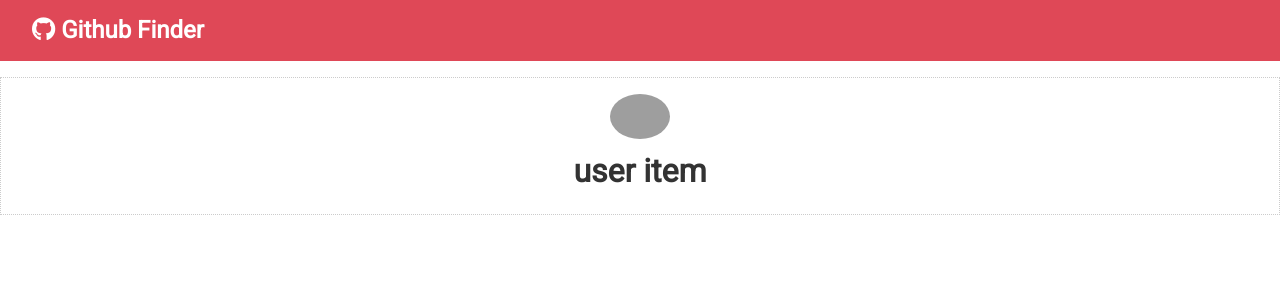
Repository: bafode/github-finder
Page: /
An editor plug-in stored every save of this project. The page is shown before and after the next save, followed by the edit.
The browser window is 1280 px wide. The pictures show the whole page.
Pictures or frames that could not be fetched are drawn as grey boxes. Some web libraries are served in a nearby version. The project was rebuilt for these pictures with package versions that can differ from the ones it lists, and the page was loaded fresh each time.

Above is the page before, as saved 2023-06-16 16:52:10.

### public/index.html
<!DOCTYPE html>
<html lang="en">
  <head>
    <meta charset="utf-8" />
    <link rel="shortcut icon" href="%PUBLIC_URL%/favicon.ico" />
    <meta name="viewport" content="width=device-width, initial-scale=1" />
    <meta name="theme-color" content="#000000" />
    <link rel="manifest" href="%PUBLIC_URL%/manifest.json" />
    <link
      rel="stylesheet"
      href="https://use.fontawesome.com/releases/v5.8.2/css/all.css"
      integrity="sha384-oS3vJWv+0UjzBfQzYUhtDYW+Pj2yciDJxpsK1OYPAYjqT085Qq/1cq5FLXAZQ7Ay"
      crossorigin="anonymous"
    />

    <title>Github Finder</title>
  </head>
  <body>
    <noscript>You need to enable JavaScript to run this app.</noscript>
    <div id="root"></div>
  </body>
</html>

### src/App.js
import React,{Component} from 'react';
import './App.css';
import Navbar from './components/layout/Navbar'
import UserItem from './components/users/UserItem'

class App extends Component {
  render() {

    return (
      <div className="App">
        <Navbar />
        <UserItem/>
      </div>
    );
  }
}

export default App;

### src/components/layout/Navbar.js
import React, { Component } from 'react'
import PropTypes from 'prop-types'

class Navbar extends Component {

    static defaultProps = {
        title: 'Github Finder',
        icon:'fab fa-github'
    }

    static propTypes = {
        title: PropTypes.string.isRequired,
        icon:PropTypes.string.isRequired
    }

    render() {
    const{icon,title}=this.props
    return (
        <nav className='navbar bg-primary'>
            <h1>
                <i className={icon}></i> {title}
            </h1>
      </nav>
    )
  }
}


export default Navbar

### src/components/users/UserItem.js
import React, { Component } from 'react'

class UserItem extends Component {
    constructor() {
        super();
        this.state = {
            id: 1,
            login: "mojombo",
            avatar_url: "https://avatars.githubusercontent.com/u/1?v=4",
            html_url: "https://github.com/mojombo",
        }
    }
  render() {
      const{id,login,avatar_url,html_url}=this.state
    return (
        <div className='card text-center'>
            <img src={avatar_url} alt="" className="round-img" style={{width:'60px'}} />
        <h1>user item</h1>
      </div>
    )
  }
}

export default UserItem

Loaded but not shown: src/index.js (common file); src/App.css (common file)

After the next save:
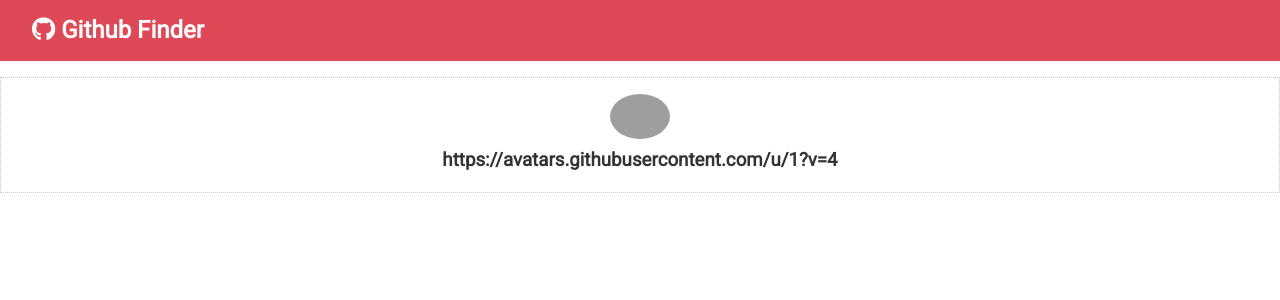
Saved 38 s later.
--- a/src/components/users/UserItem.js
+++ b/src/components/users/UserItem.js
@@ -15,7 +15,7 @@ class UserItem extends Component {
     return (
         <div className='card text-center'>
             <img src={avatar_url} alt="" className="round-img" style={{width:'60px'}} />
-        <h1>user item</h1>
+            <h3>{avatar_url}</h3>
       </div>
     )
   }
